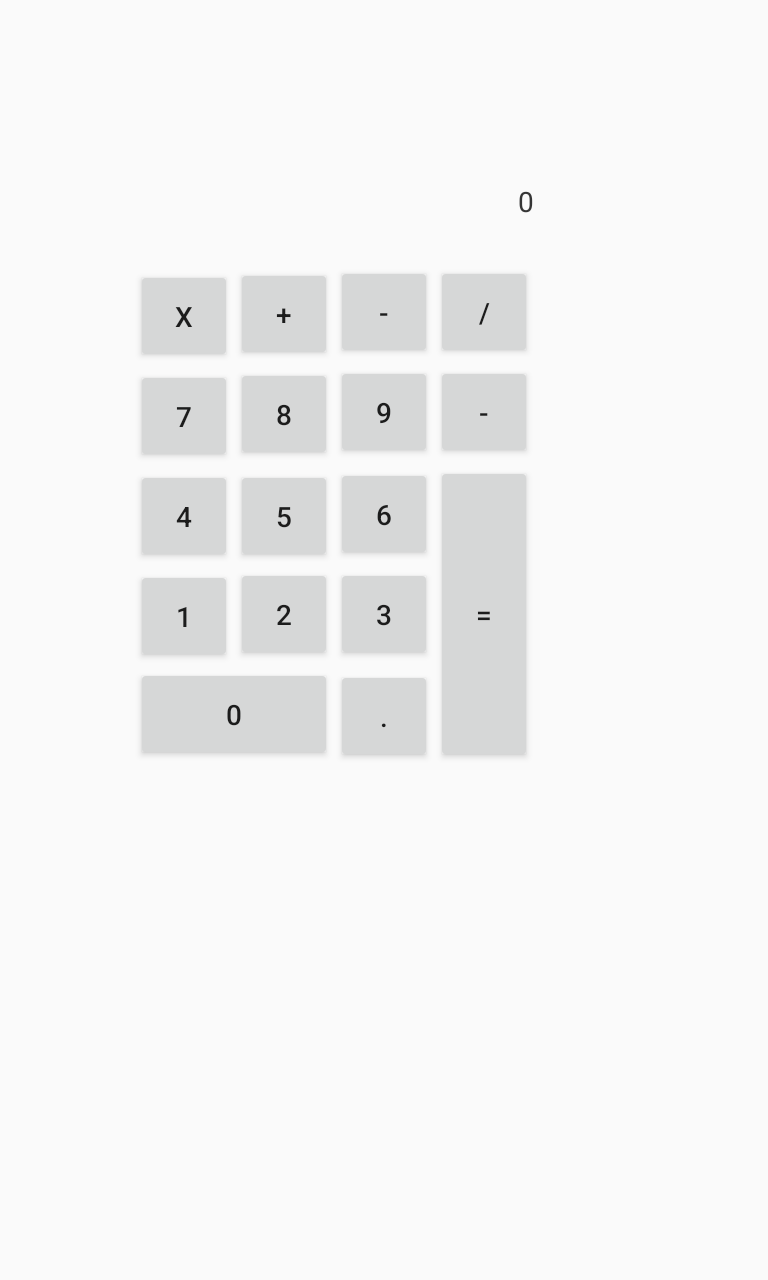
Repository: expensivecow/Calculator
Layout: Calculator_Implementation/res/layout/activity_main.xml
An editor plug-in stored every save of this project. The layout is shown before and after the next save, followed by the edit.
Pictures or frames that could not be fetched are drawn as grey boxes. It is drawn on a 768 x 1280 px phone screen (xhdpi) without system bars, with theme AppTheme; the app's code is not run.

Above is the layout before, as saved 2014-09-21 01:41:52.

After the next save:
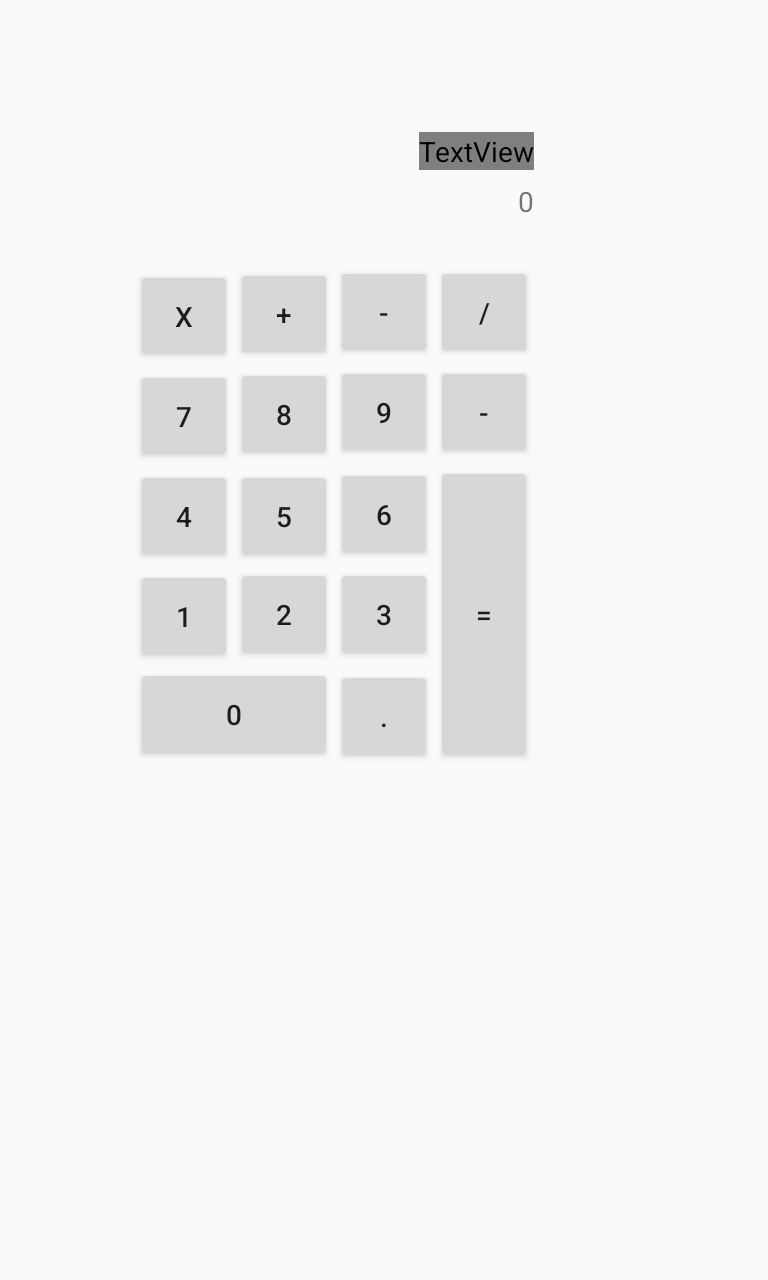
Saved 33 s later.
--- a/Calculator_Implementation/res/layout/activity_main.xml
+++ b/Calculator_Implementation/res/layout/activity_main.xml
@@ -19,12 +19,12 @@
 
     <TextView
         android:id="@+id/DisplayArray"
-        android:layout_alignParentTop="true"
         android:layout_alignRight="@+id/bDiv"
-        android:layout_marginTop="75dp"
+        android:layout_marginTop="50dp"
         android:layout_width="wrap_content"
         android:layout_height="wrap_content"
-        android:text="@string/initialvalue" />
+        android:textColor="blue"
+        android:text="@string/hello_world" />
 
     <Button
         android:id="@+id/bDiv"

After the 2 saves that followed:
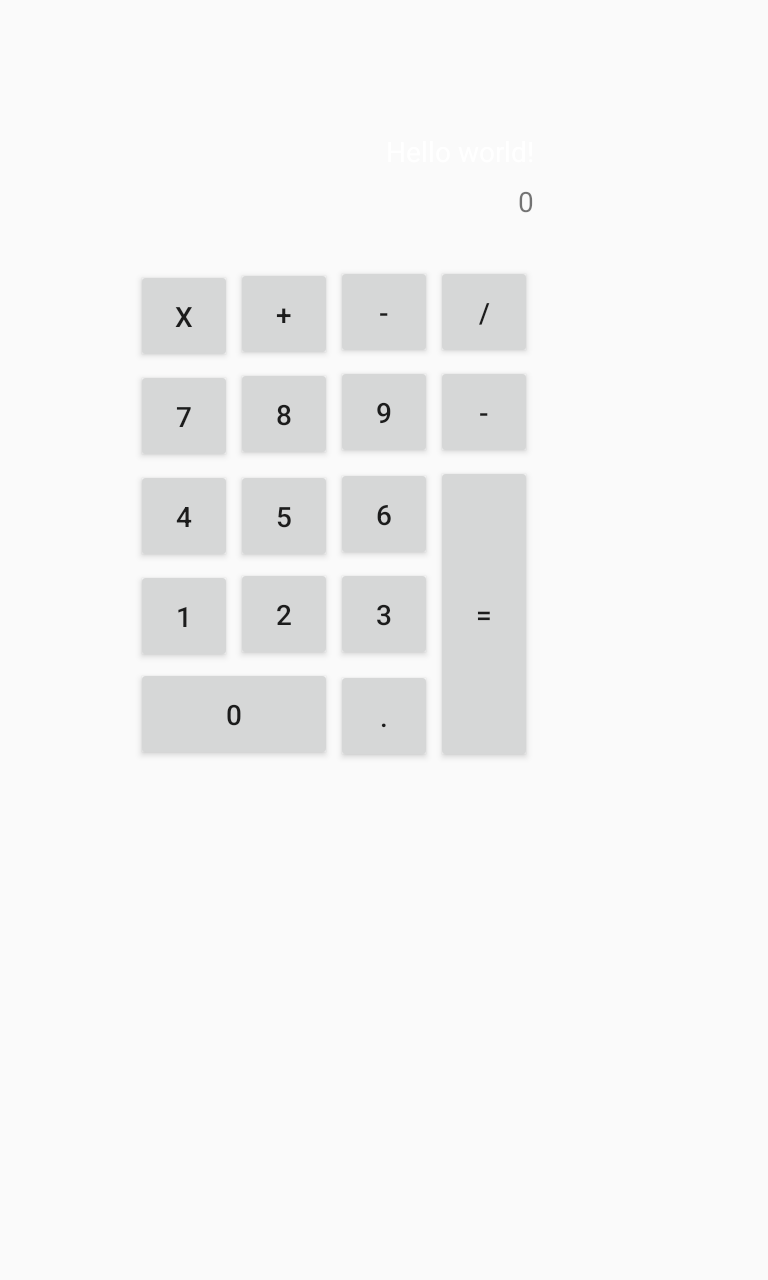
The 2 saves are shown as one change because they came seconds apart.
The last was saved 11 s later.
--- a/Calculator_Implementation/res/layout/activity_main.xml
+++ b/Calculator_Implementation/res/layout/activity_main.xml
@@ -23,7 +23,7 @@
         android:layout_marginTop="50dp"
         android:layout_width="wrap_content"
         android:layout_height="wrap_content"
-        android:textColor="blue"
+        android:textColor="#FFFFFF"
         android:text="@string/hello_world" />
 
     <Button
